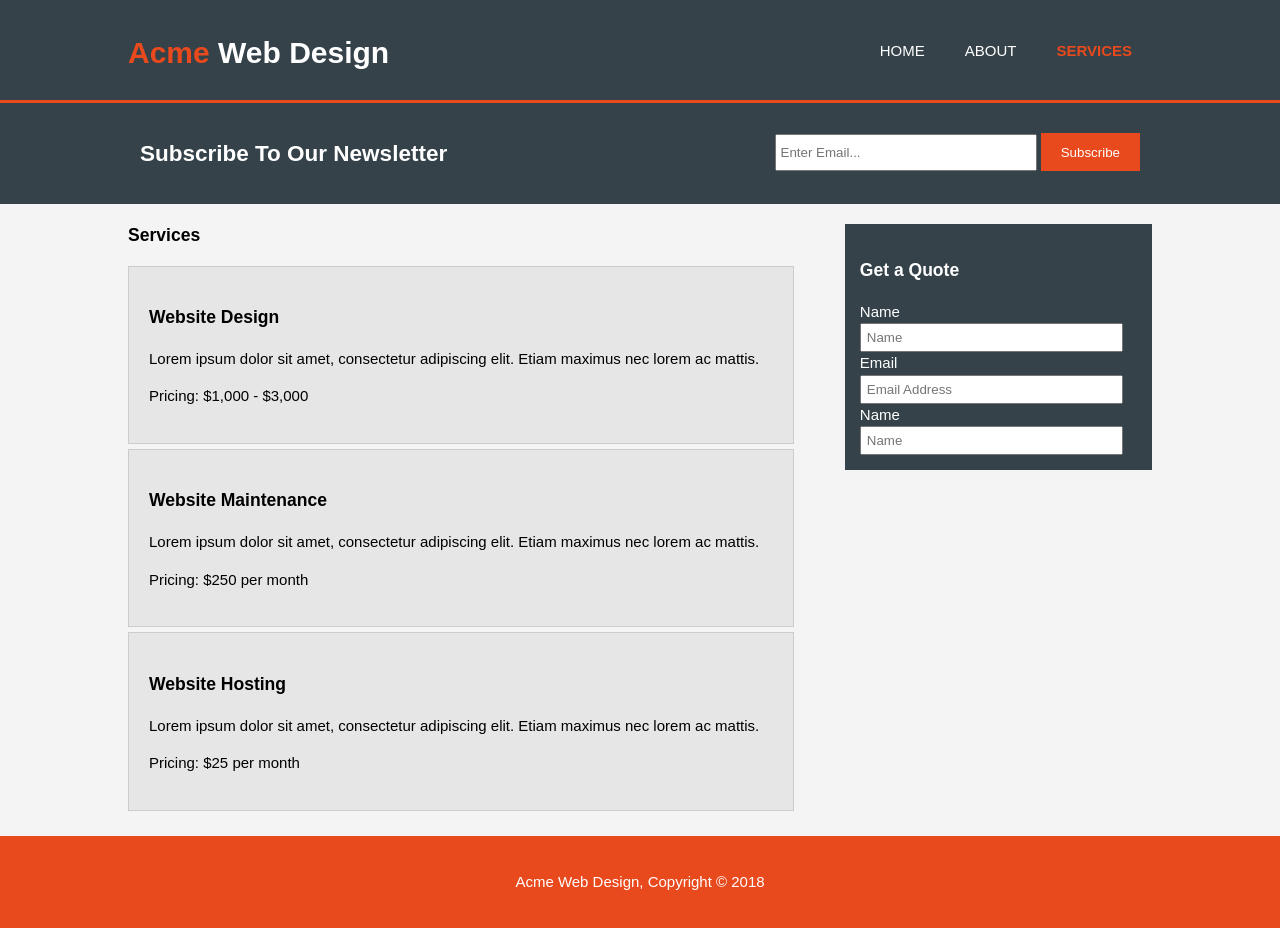
Repository: pablitoe61/exercices-html
Page: responsive/services.html
The author's editor kept a record of every edit. The page is drawn from the files as they stood at one moment, then again after the next edit.
The browser window is 1280 px wide. The pictures show the whole page.
Some web libraries are served in a nearby version.

Above is the page before.

After the next edit:
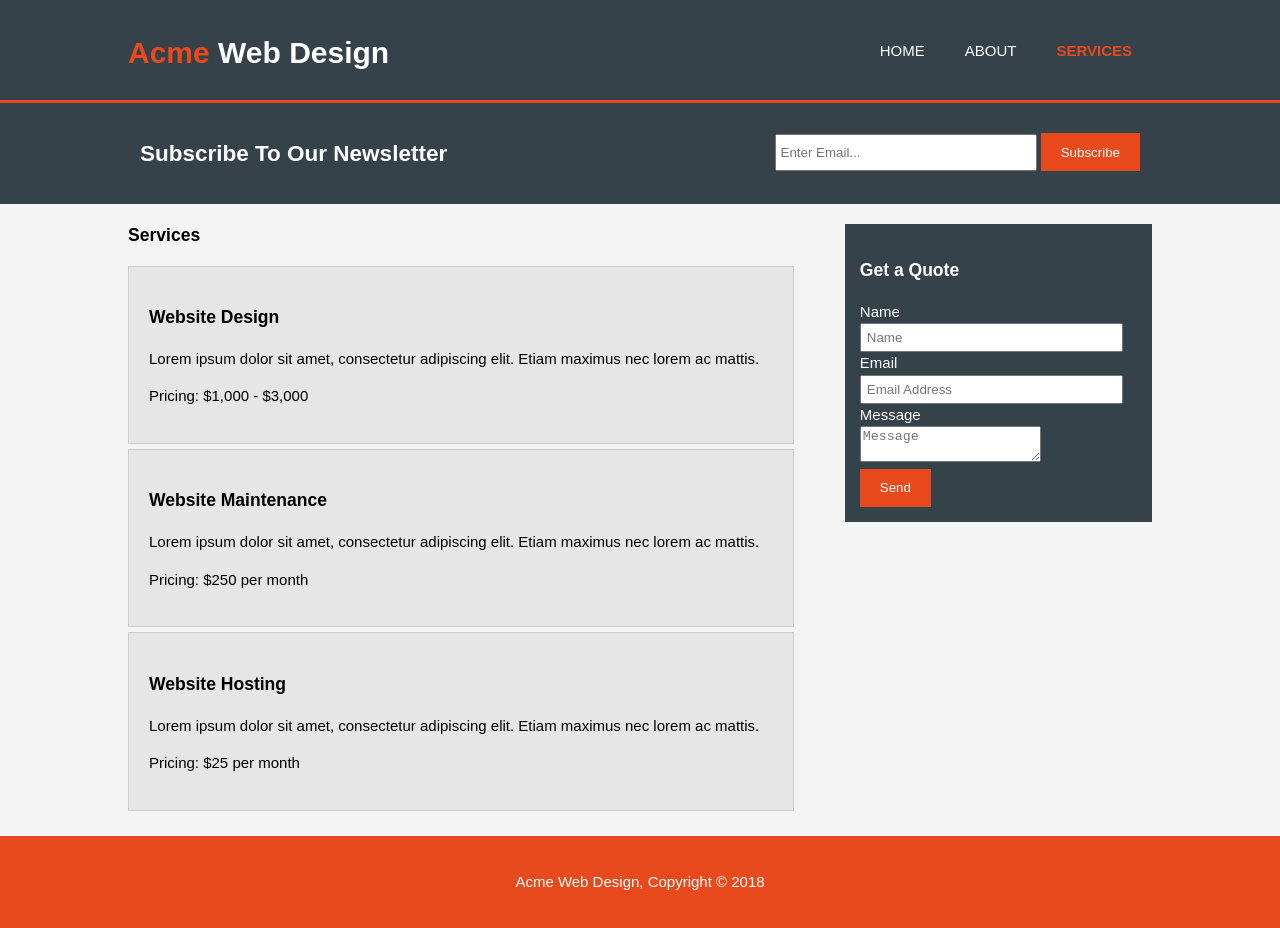
The edit:
--- a/responsive/services.html
+++ b/responsive/services.html
@@ -75,9 +75,10 @@
                                     <input type="text" placeholder="Email Address">
                                 </div>
                                 <div>
-                                    <label>Name</label><br>
-                                    <input type="text" placeholder="Name">
+                                    <label>Message</label><br>
+                                    <textarea type="text" placeholder="Message"></textarea>
                                 </div>
+                                <button class="button_1" type="submit">Send</button>
                             </form>
                         </div>
                     </aside>
